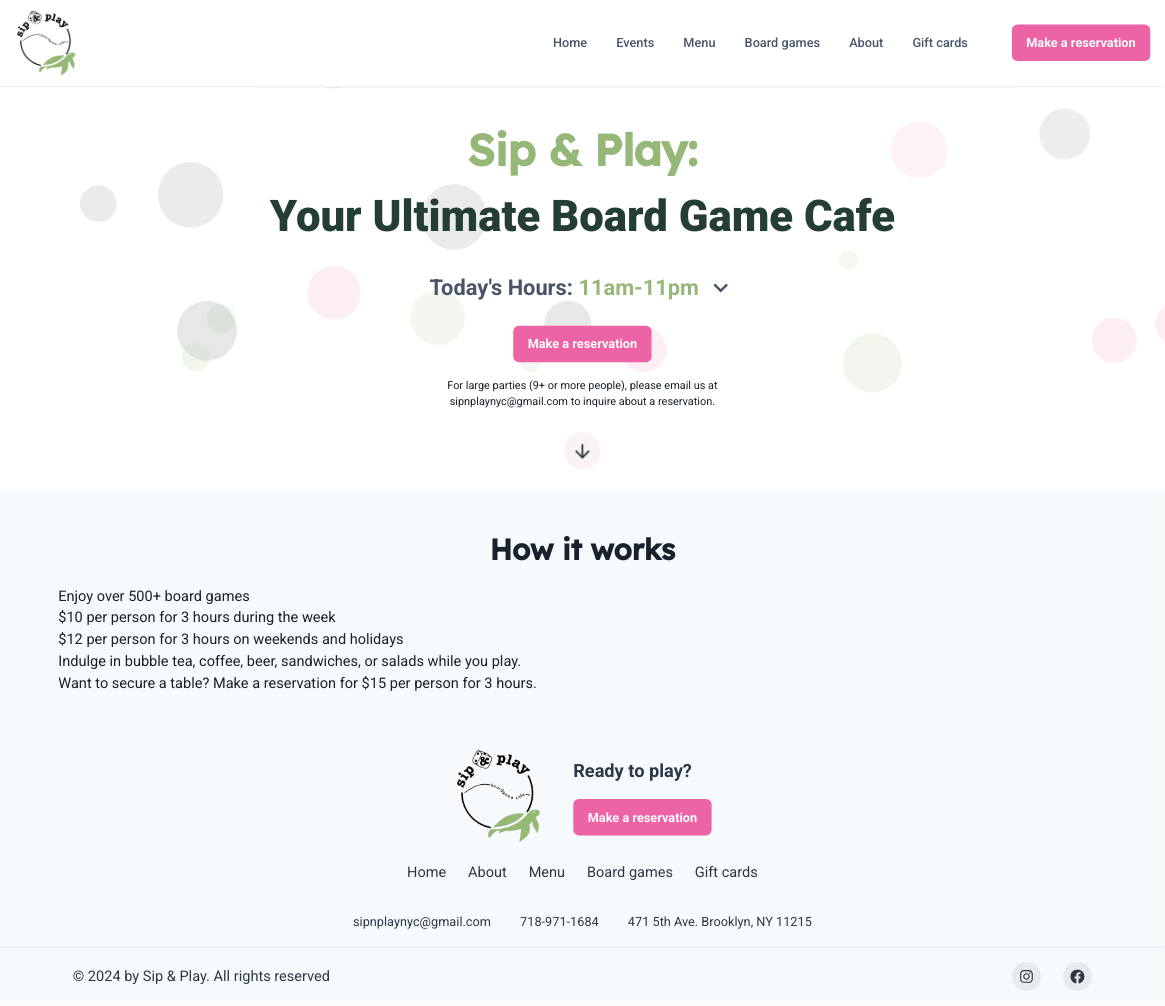
Repository: natespinetti/codedexsummerhackathon
Page: /
An editor plug-in stored every save of this project. The page is shown before and after the next save, followed by the edit.
The browser window is 1280 px wide. The pictures show the whole page, at 91% of full size.
The project was rebuilt for these pictures with package versions that can differ from the ones it lists, and the page was loaded fresh each time. The framework's server and built-in components were replaced by stand-ins that run in the browser. Also part of the build but not shown: next.config.mjs.

Above is the page before, as saved 2024-07-11 16:52:27.

After the next save:
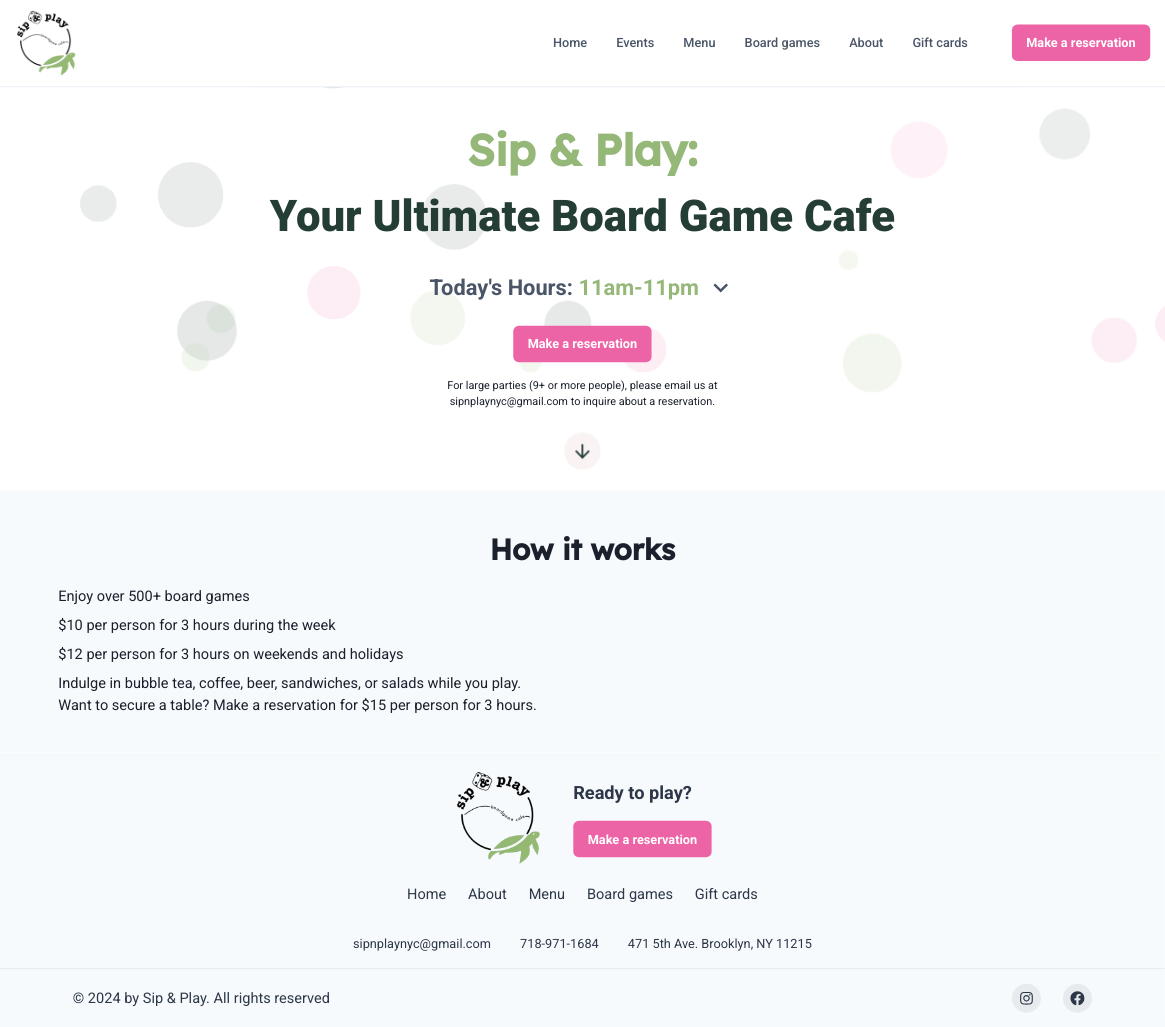
Saved 36 s later.
--- a/app/page.tsx
+++ b/app/page.tsx
@@ -18,7 +18,7 @@
           >
             How it works
           </Text>
-          <List as="ul">
+          <List as="ul" spacing={2}>
             <ListItem>Enjoy over 500+ board games</ListItem>
             <ListItem>$10 per person for 3 hours during the week</ListItem>
             <ListItem>
